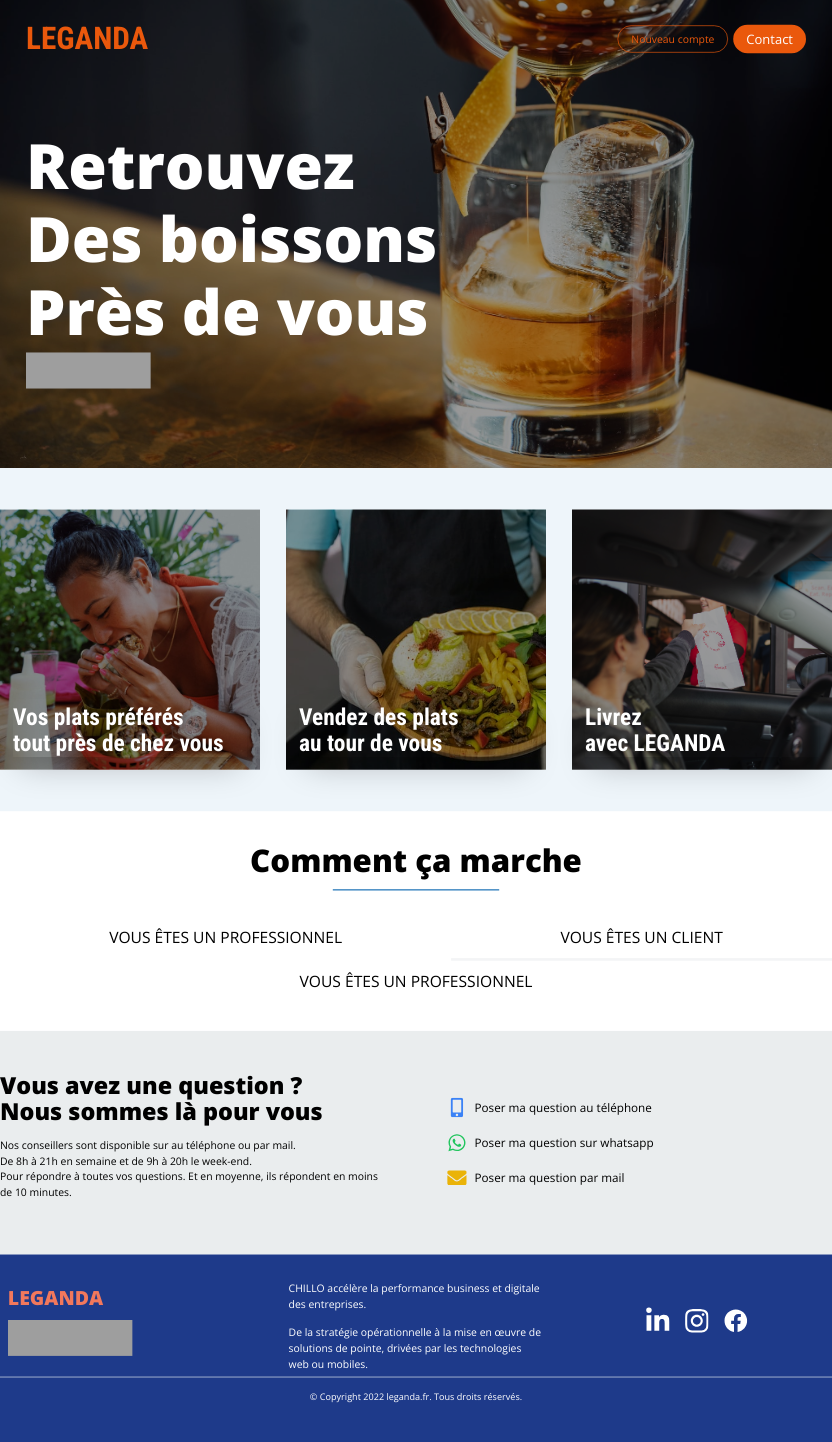
Repository: chillo-tech/website-leganda
Page: /
The author's editor kept a copy of each file at every save. The page is drawn from the files as they stood at one save, then again after the next save.
The browser window is 1280 px wide. The pictures show the whole page, at 65% of full size.
Pictures or frames that could not be fetched are drawn as grey boxes. The project was rebuilt for these pictures with package versions that can differ from the ones it lists, and the page was loaded fresh each time. Some packages were replaced by stand-ins written for this rebuild. The framework's server and built-in components were replaced by stand-ins that run in the browser. Also part of the build but not shown: next.config.js, components/header/items/SearchBar.tsx.

Above is the page before, as saved 2023-02-09 14:22:02.

After the next save:
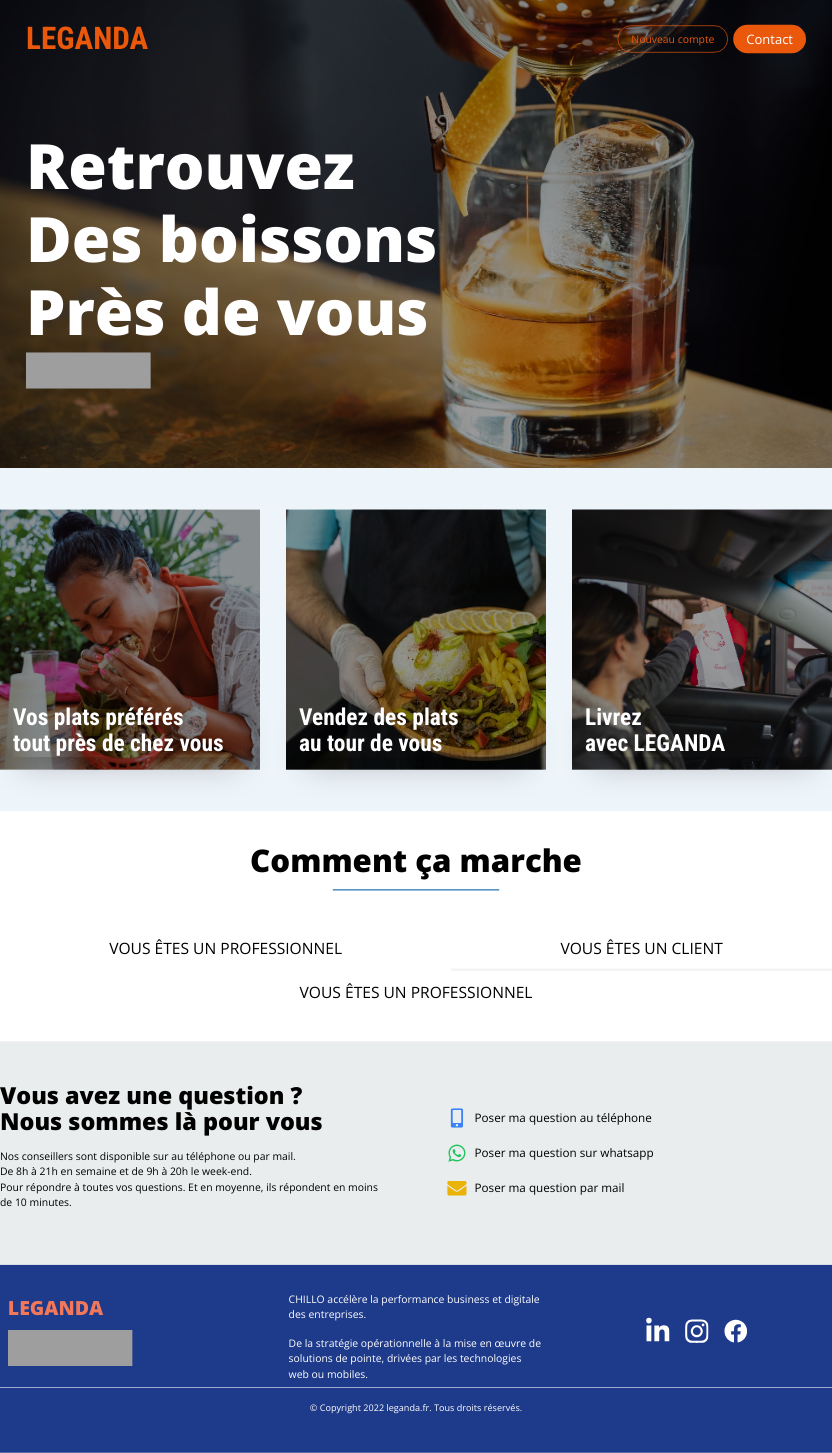
Saved 5 s later.
--- a/components/shared/SectionTitle.tsx
+++ b/components/shared/SectionTitle.tsx
@@ -2,7 +2,7 @@
 
 function SectionTitle( {text, underline = true}: {underline?: boolean, text: string}) {
   return (
-    <h2 className="flex flex-col items-center justify-center md:mb-10">
+    <h2 className="flex flex-col items-center justify-center md:mb-14">
       <span className='px-10 py-3 text-center font-bold text-2xl md:text-5xl'>
         {text}
       </span>
